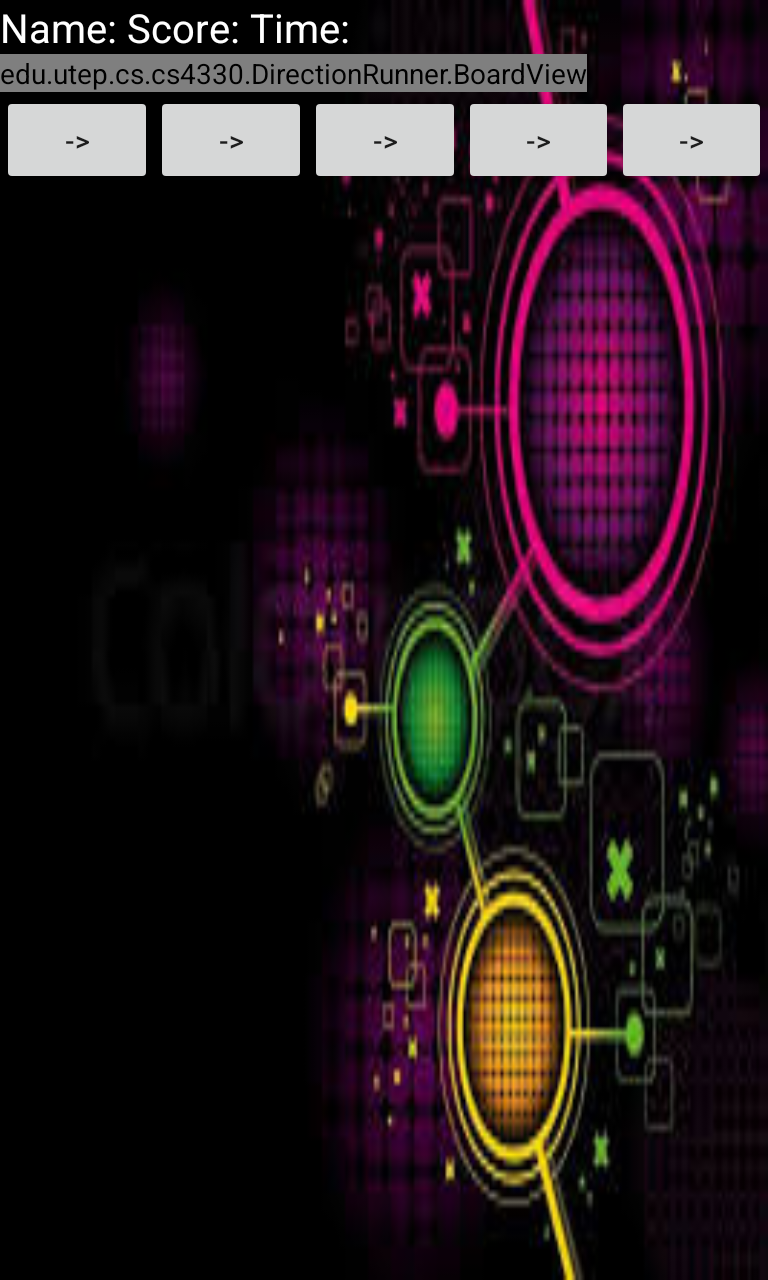
Repository: RedJaVa68/DirectionRunner
Layout: DirectionRunner/res/layout/game_activity.xml
An editor plug-in stored every save of this project. The layout is shown before and after the next save, followed by the edit.
Pictures or frames that could not be fetched are drawn as grey boxes. It is drawn on a 768 x 1280 px phone screen (xhdpi) without system bars, with theme AppTheme; the app's code is not run.

Above is the layout before, as saved 2015-05-06 15:42:18.

### DirectionRunner/res/layout/game_activity.xml
<?xml version="1.0" encoding="utf-8"?>
<LinearLayout xmlns:android="http://schemas.android.com/apk/res/android"
    android:layout_width="fill_parent"
    android:layout_height="fill_parent"
    android:orientation="vertical"
    android:weightSum="3"
    android:background="@drawable/bg">
    <LinearLayout
        android:layout_width="wrap_content"
        android:layout_height="wrap_content"
        android:orientation="horizontal">
        <TextView
            android:layout_weight="1"
            android:id="@+id/Name: "
            android:layout_width="wrap_content"
            android:layout_height="wrap_content"
            android:text="Name: "
            android:textSize="20sp"
            android:textColor="#ffffff"/>"
        <TextView
            android:layout_weight="1"
            android:id="@+id/scoreText"
            android:layout_width="wrap_content"
            android:layout_height="wrap_content"
            android:text="Score: "
            android:textSize="20sp"
            android:textColor="#ffffff"/>
        <TextView
            android:layout_weight="1"
            android:id="@+id/clock"
            android:layout_width="wrap_content"
            android:layout_height="wrap_content"
            android:text="Time: "
            android:textSize="20sp"
            android:textColor="#ffffff"/>

    </LinearLayout>
    <LinearLayout
        android:layout_width="wrap_content"
        android:layout_height="wrap_content"
        android:orientation="horizontal">
        <edu.utep.cs.cs4330.DirectionRunner.BoardView
            android:layout_weight="0.0"
        	android:id="@+id/boardView"
        	android:layout_width="wrap_content"
        	android:layout_height="wrap_content"/>
    </LinearLayout>
    <LinearLayout
        android:layout_width="wrap_content"
        android:layout_height="wrap_content"
        android:orientation="horizontal">
        <Button
            android:layout_weight="1"
        	android:id="@+id/button1"
        	android:layout_width="wrap_content"
        	android:layout_height="wrap_content"
        	android:text="->"
        	android:onClick="button1"/>
        <Button
            android:layout_weight="1"
            android:id="@+id/button2"
            android:layout_width="wrap_content"
            android:layout_height="wrap_content"
            android:text="->"
            android:onClick="button2"/>
        <Button
            android:layout_weight="1"
        	android:id="@+id/button3"
        	android:layout_width="wrap_content"
        	android:layout_height="wrap_content"
        	android:text="->"
        	android:onClick="button3"/>
        <Button
            android:layout_weight="1"
            android:id="@+id/button4"
            android:layout_width="wrap_content"
            android:layout_height="wrap_content"
            android:text="->"
            android:onClick="button4"/>
        <Button
            android:layout_weight="1"
        	android:id="@+id/button5"
        	android:layout_width="wrap_content"
        	android:layout_height="wrap_content"
        	android:text="->"
        	android:onClick="button5"/>
    </LinearLayout>
</LinearLayout>

Loaded but not shown: DirectionRunner/res/values/styles.xml (common file); DirectionRunner/res/values-v11/styles.xml (common file); DirectionRunner/res/values-v14/styles.xml (common file)

After the next save:
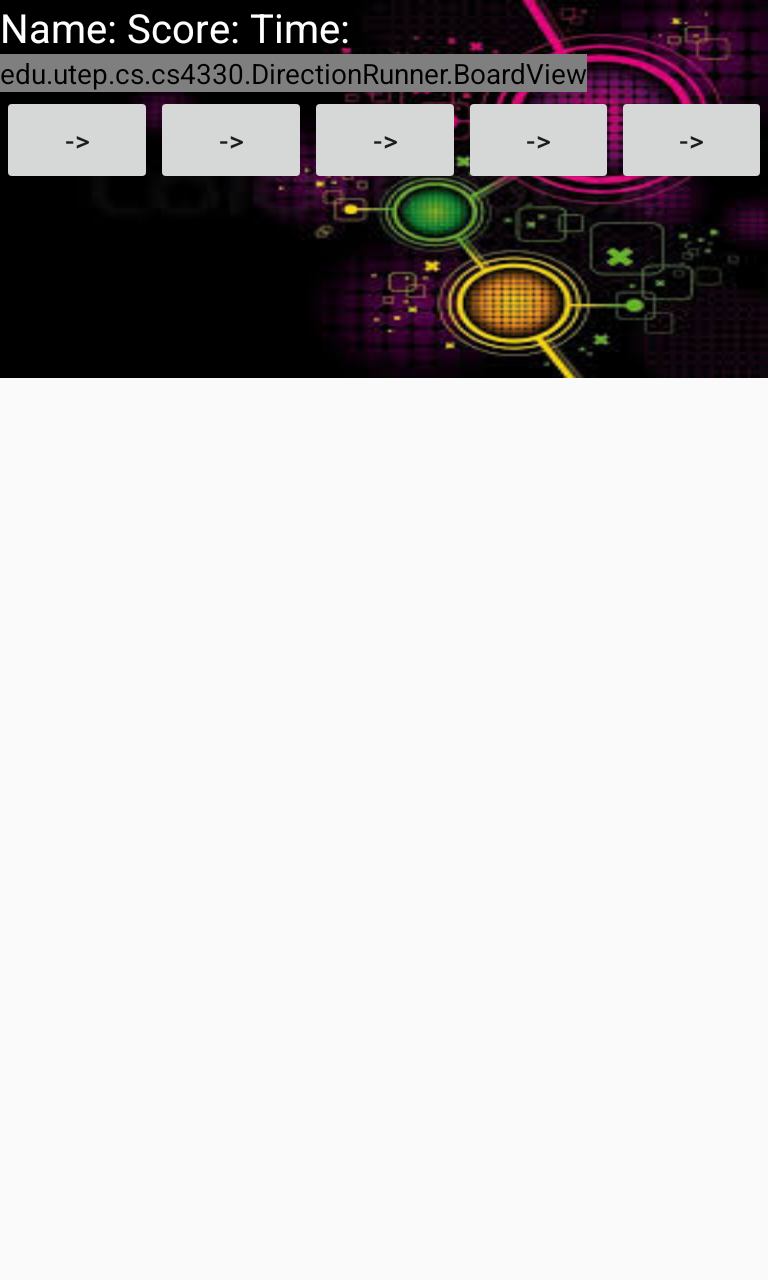
Saved 73 s later.
--- a/DirectionRunner/res/layout/game_activity.xml
+++ b/DirectionRunner/res/layout/game_activity.xml
@@ -1,5 +1,9 @@
 <?xml version="1.0" encoding="utf-8"?>
-<LinearLayout xmlns:android="http://schemas.android.com/apk/res/android"
+<ScrollView
+    android:layout_width="match_parent"
+    android:layout_height="match_parent"
+    xmlns:android="http://schemas.android.com/apk/res/android">
+<LinearLayout
     android:layout_width="fill_parent"
     android:layout_height="fill_parent"
     android:orientation="vertical"
@@ -86,3 +90,4 @@
         	android:onClick="button5"/>
     </LinearLayout>
 </LinearLayout>
+</ScrollView>

After the save that followed:
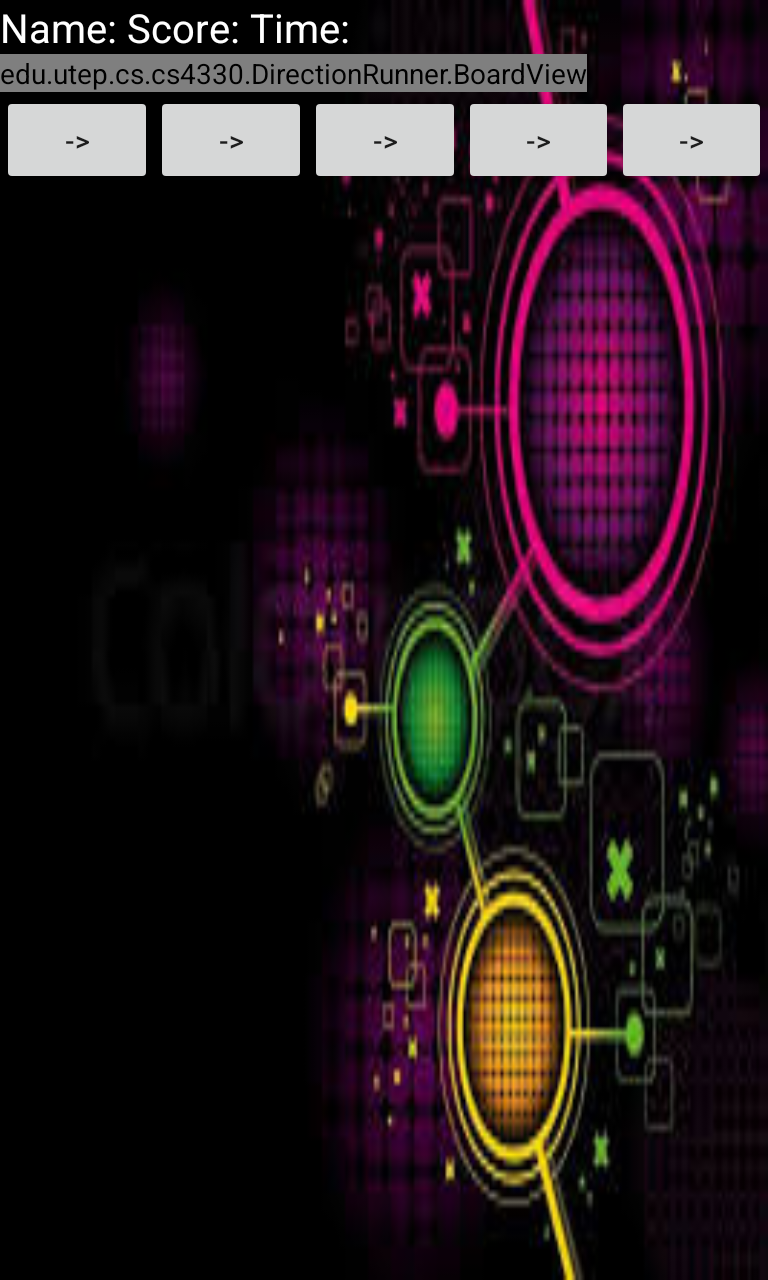
Saved 78 s later.
--- a/DirectionRunner/res/layout/game_activity.xml
+++ b/DirectionRunner/res/layout/game_activity.xml
@@ -2,6 +2,7 @@
 <ScrollView
     android:layout_width="match_parent"
     android:layout_height="match_parent"
+    android:fillViewport="true"
     xmlns:android="http://schemas.android.com/apk/res/android">
 <LinearLayout
     android:layout_width="fill_parent"
